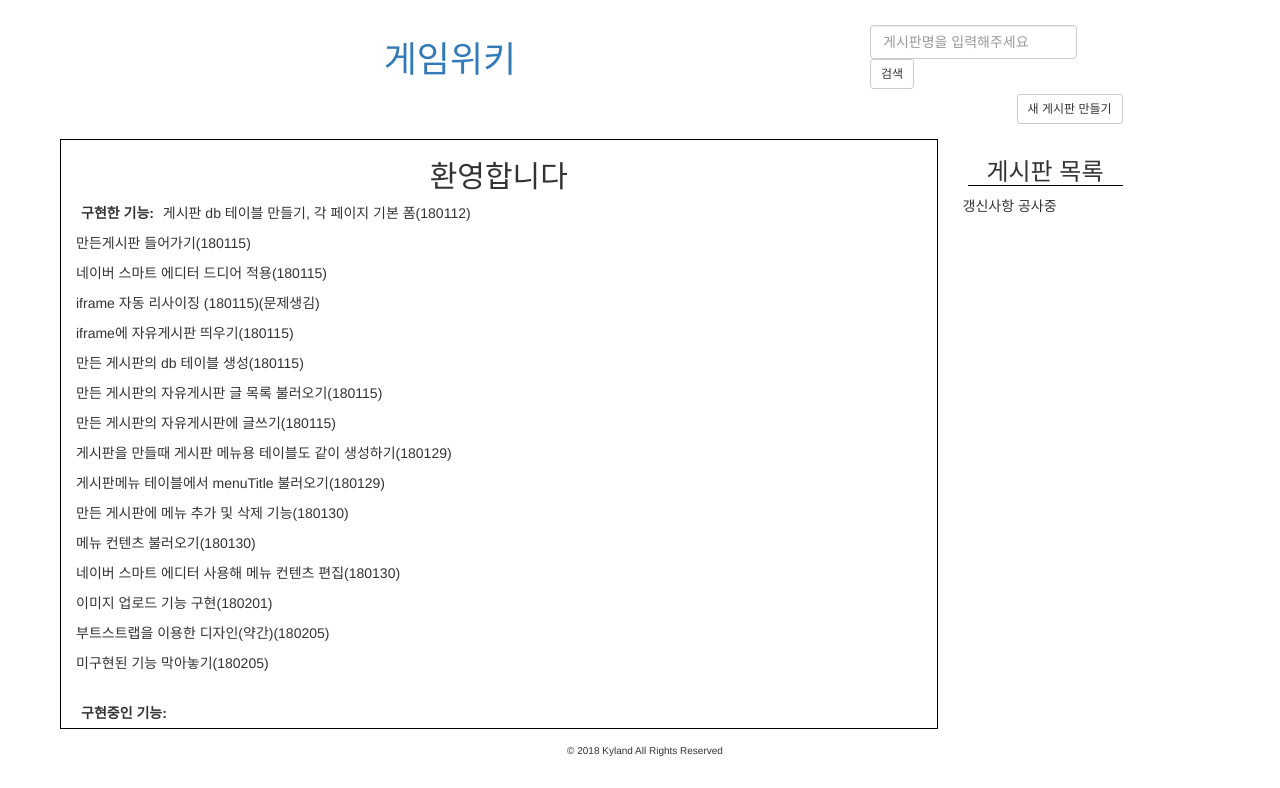
Repository: sithslord/GameWiki
Page: http://localhost/JSPBoard/MainPage/Main.jsp
These files come from the project's save history. The page is drawn as it stood at one moment and after the next save; the edit follows.
The browser window is 1280 px wide. The pictures show the whole page.
An inner scrolling area shows only its first screen. The page is served by Tomcat 9. Other server files are loaded and not shown.

Above is the page before, as saved 2018-02-05 08:42:31.
Console error (its wording comes from the project's code and is left out).

### ReWork/JSPBoard/WebContent/MainPage/Main.jsp
<%@ page language="java" contentType="text/html; charset=EUC-KR"
	pageEncoding="EUC-KR"%>
<%@ taglib prefix="c" uri="http://java.sun.com/jsp/jstl/core"%>

<!DOCTYPE html PUBLIC "-//W3C//DTD HTML 4.01 Transitional//EN" "http://www.w3.org/TR/html4/loose.dtd">
<html>
<head>
<meta http-equiv="Content-Type" content="text/html; charset=EUC-KR">
<title>게임 위키</title>
<link rel="stylesheet" href="../css/bootstrap.css">
<script src="../js/bootstrap.js"></script>

<style type="text/css">
* {
	margin: 5px;
	padding: 0;
}

#info {
	height: 590px;
	border: 1px solid black;
	overflow: scroll;
}

#news {
	height: auto;
}

#news h3 {
	border-bottom: 1px solid black;
}


#copyright {
	font-size: 10px;
}

.hyper {
	link {text-decoration: none;
	color: black;
}

visitied {
	text-decoration: none;
	color: black;
}

action {
	text-decoration: none;
	color: black;
}

hover {
	text-decoration: none;
	color: black;
}
}
</style>
</head>
<body>
	<div class="container">
		<div class="row">
			<div id="banner" class="col-sm-8">
				<a class="hyper" href="main.do" align="center"><h1>게임위키</h1></a>
			</div>
			<div id="srch" class="col-sm-3">
				<form action="search" method="post" class="form-inline">
					<input type="text" name="srch" class="form-control" placeholder="게시판명을 입력해주세요"> <input
						type="button" onclick="location.href ='../MainPage/NotReady.jsp'" class="btn btn-default btn-sm" value="검색">
				</form>

				<form action="makeboard.do" method="post">
					<input type="submit" class="btn btn-default btn-sm pull-right" value="새 게시판 만들기">
				</form>
			</div>
		</div>

	<div class="row">
		<div id="info" class="col-sm-9">
			<h2 align="center">환영합니다</h2>

			<p>
				<strong>구현한 기능:</strong> 게시판 db 테이블 만들기, 각 페이지 기본 폼(180112)
			</p>
			<p>만든게시판 들어가기(180115)</p>
			<p>네이버 스마트 에디터 드디어 적용(180115)</p>
			<p>iframe 자동 리사이징 (180115)(문제생김)</p>
			<p>iframe에 자유게시판 띄우기(180115)</p>
			<p>만든 게시판의 db 테이블 생성(180115)</p>
			<p>만든 게시판의 자유게시판 글 목록 불러오기(180115)</p>
			<p>만든 게시판의 자유게시판에 글쓰기(180115)</p>
			<p>게시판을 만들때 게시판 메뉴용 테이블도 같이 생성하기(180129)</p>
			<p>게시판메뉴 테이블에서 menuTitle 불러오기(180129)</p>
			<p>만든 게시판에 메뉴 추가 및 삭제 기능(180130)</p>
			<p>메뉴 컨텐츠 불러오기(180130)</p>
			<p>네이버 스마트 에디터 사용해 메뉴 컨텐츠 편집(180130)</p>
			<p>이미지 업로드 기능 구현(180201)</p>
			<p>부트스트랩을 이용한 디자인(약간)(180205)</p>
			<p>미구현된 기능 막아놓기(180205)</p>

			</br>
			<p>
				<strong>구현중인 기능:</strong>
			</p>
			<p>iframe 리사이징 기능구현</p>
			<p>connection Pool</p>
			<p>검색기능</p>
			</br>

			<p>
				<strong>문제:</strong> crate테이블 작동안함(테이블 이름에 ' ' 가 입력되어 쿼리
				오류)...(180117)(해결)
			</p>
			<p>해결방법 = String 쿼리를 나눠서 나중에 합쳐서 입력</p>
			<p>한글 입력이 ??? 로 표시(180117) ->해결(180118)</p>
			<p>모든 jsp페이지를 euc-kr로 인코딩= 실패</p>
			<p>mysql 모든 인코딩을 euc-kr로 바꿈 = 실패</p>
			<p>원인=get방식때문 /해결방법=톰캣 server.xml에서 connector에
				URIEncoding="EUC-KR"추가해줌</p>
			<p>iframe자동 리사이징 작동불가(임시방편으로 스크롤로 대체)</p>
			<p>업로드한 이미지가 화면을 벗어나는 현상(해결)</p>
			</br>

			<p>
				<strong>보류중인 기능:</strong> 로그인
			</p>


		</div>

		<div id="news" class="col-sm-2">
			<h3 align="center">게시판 목록</h3>
			<c:forEach items="${news }" var="dto">
				<p>
					<a href="board_view.do?bdId=${dto.bdId }&bdTitle=${dto.bdTitle }">${dto.bdTitle }</a>
				</p>
			</c:forEach>

			<p>갱신사항 공사중</p>
		</div>
	</div>

	<div class="row">
	<div class="col-sm-12">

		<p align="center" id="copyright">&copy; 2018 Kyland All Rights Reserved</p>
	</div>
	</div>
	</div>



</body>
</html>

Loaded but not shown: ReWork/JSPBoard/WebContent/css/bootstrap.css (library); ReWork/JSPBoard/WebContent/js/bootstrap.js (library)

After the next save:
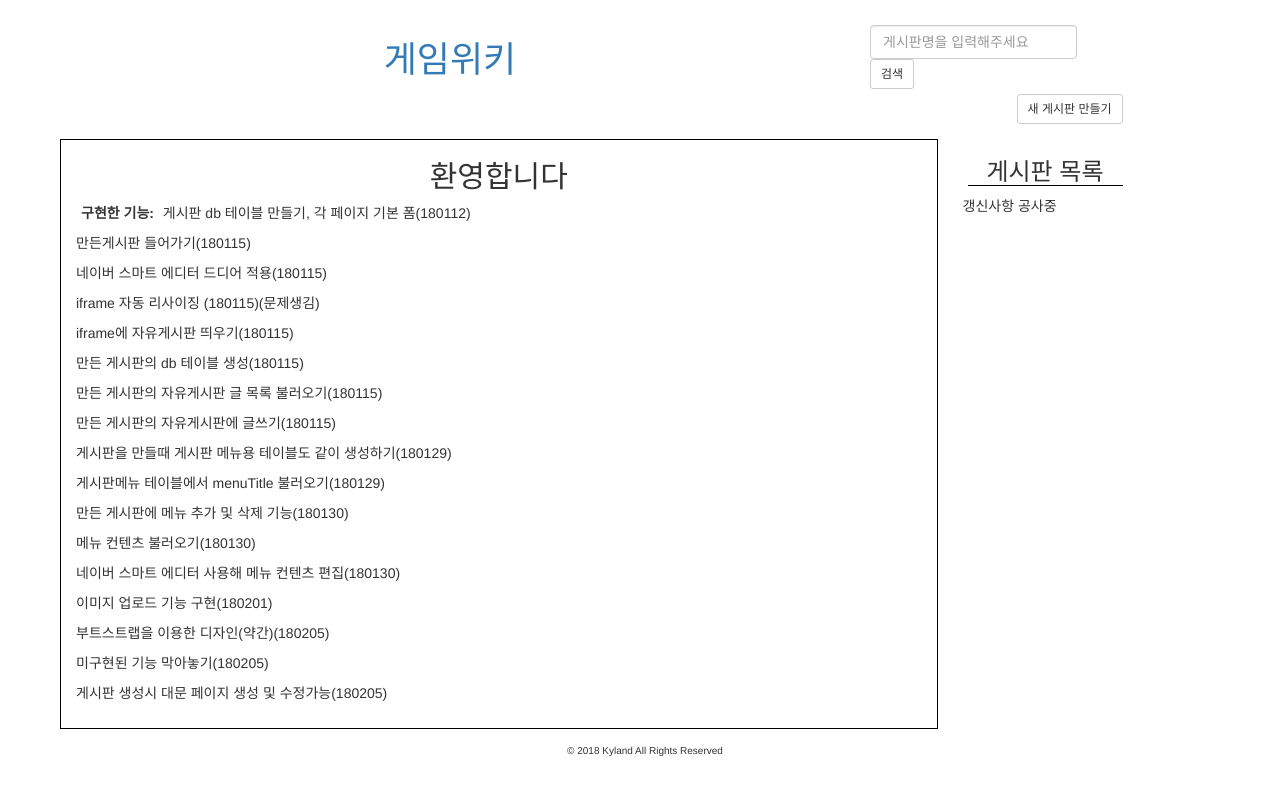
Saved 25 s later.
--- a/ReWork/JSPBoard/WebContent/MainPage/Main.jsp
+++ b/ReWork/JSPBoard/WebContent/MainPage/Main.jsp
@@ -97,6 +97,7 @@ hover {
 			<p>이미지 업로드 기능 구현(180201)</p>
 			<p>부트스트랩을 이용한 디자인(약간)(180205)</p>
 			<p>미구현된 기능 막아놓기(180205)</p>
+			<p>게시판 생성시 대문 페이지 생성 및 수정가능(180205)</p>
 
 			</br>
 			<p>
